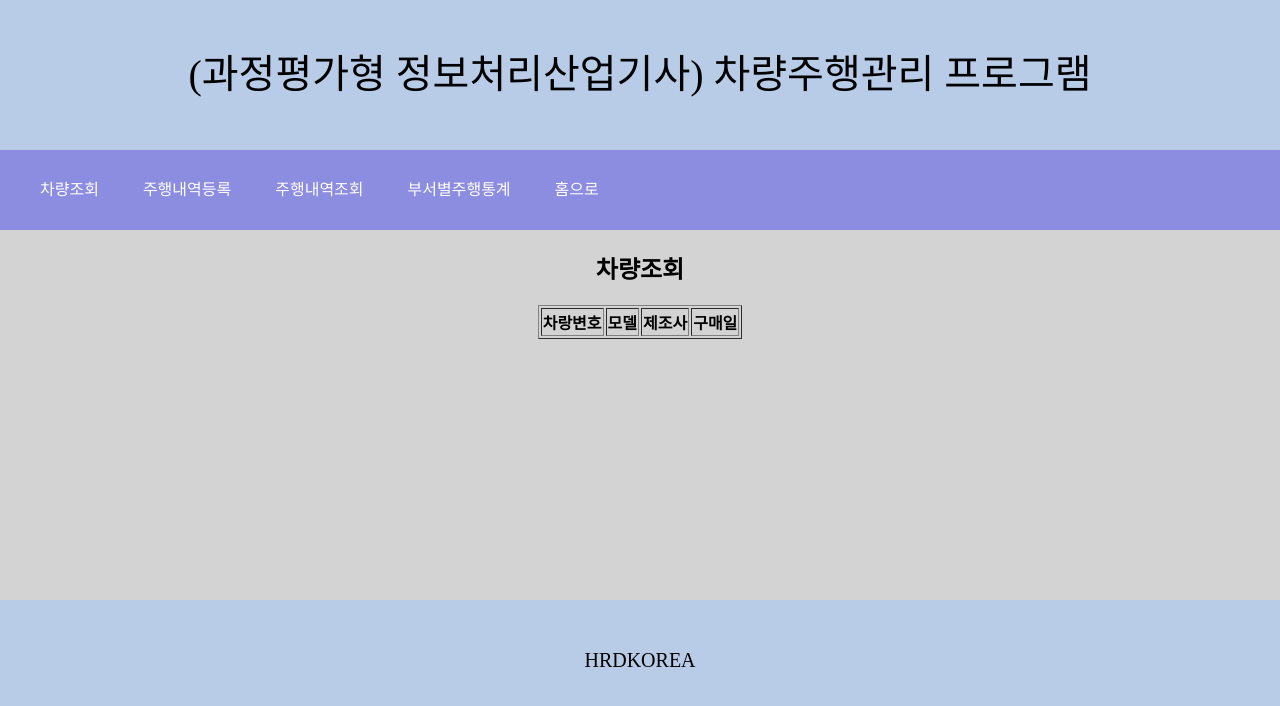
Repository: junhee97/-
Page: http://localhost/HRD_04/c_list.jsp
These files come from the project's save history. The page is drawn as it stood at one moment and after the next save; the edit follows.
The browser window is 1280 px wide. The pictures show the whole page.
The page is served by Tomcat 9.

Above is the page before, as saved 2025-08-14 14:10:23.

After the next save:
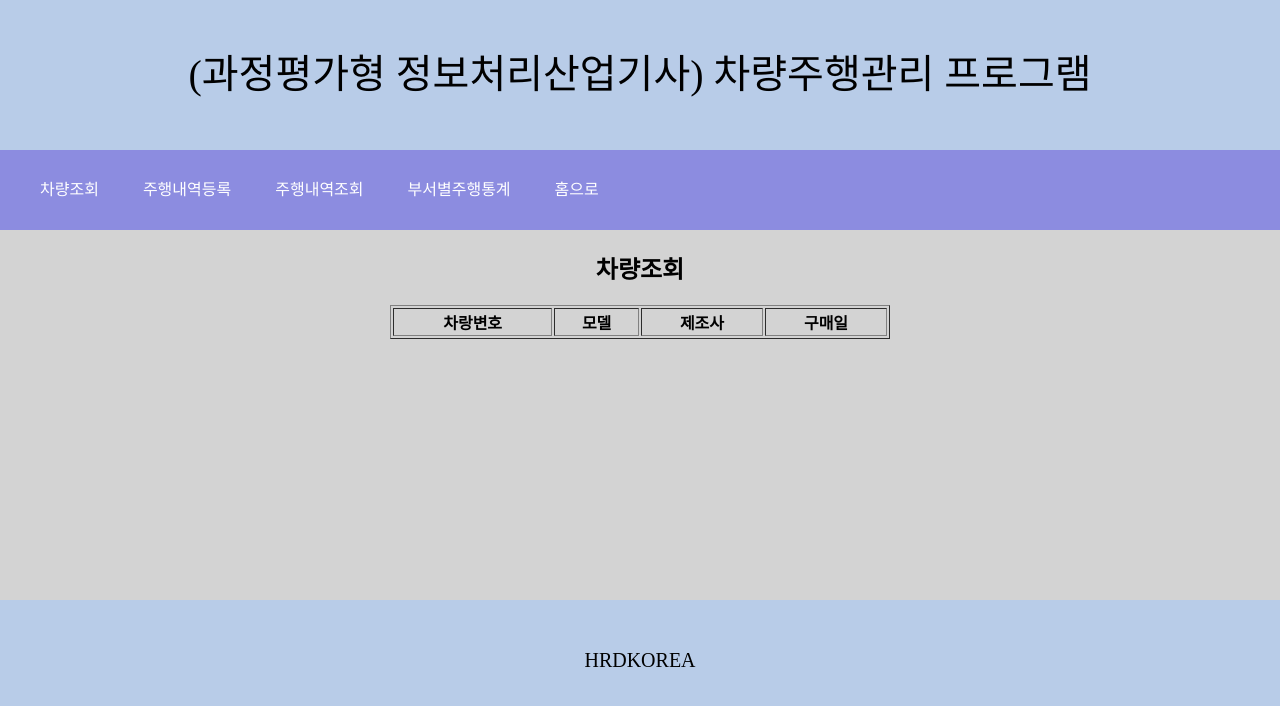
Saved 16 s later.
--- a/HRD_04/WebContent/c_list.jsp
+++ b/HRD_04/WebContent/c_list.jsp
@@ -14,7 +14,7 @@
 <h2 style="text-align: center;">차량조회</h2>
 
 <form style ="display :flex; align-items: center; justify-content: center; text-align: center;">
-	<table border="1">
+	<table style ="width: 500px;" border="1">
 		<tr>
 			<th>차랑변호</th>
 			<th>모델</th>
